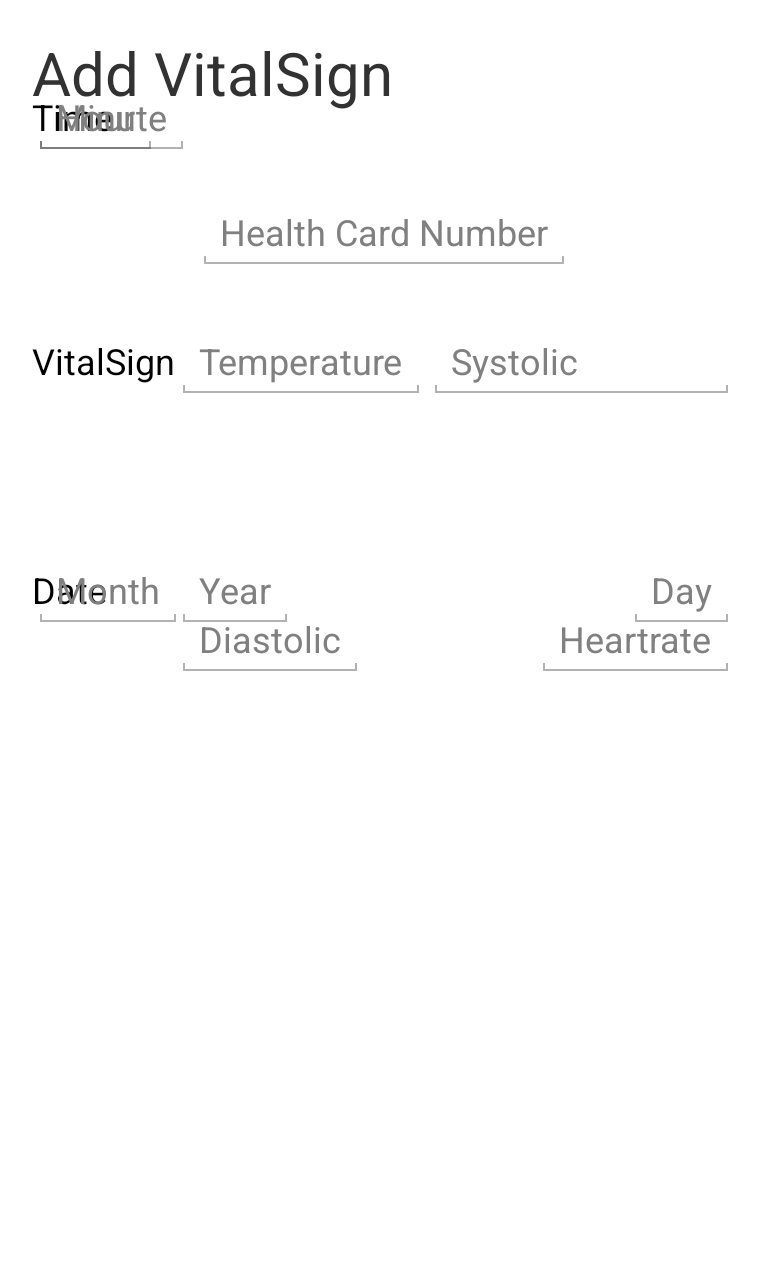
Repository: wangyuan0915/ER
Layout: workspace2/phase3/res/layout/activity_add_vital_sign.xml
These files come from the project's save history. The layout is drawn as it stood at one moment and after the next save; the edit follows.
It is drawn on a 768 x 1280 px phone screen (xhdpi) without system bars, with theme AppTheme; the app's code is not run.

Above is the layout before, as saved 2013-11-24 06:39:49.

After the next save:
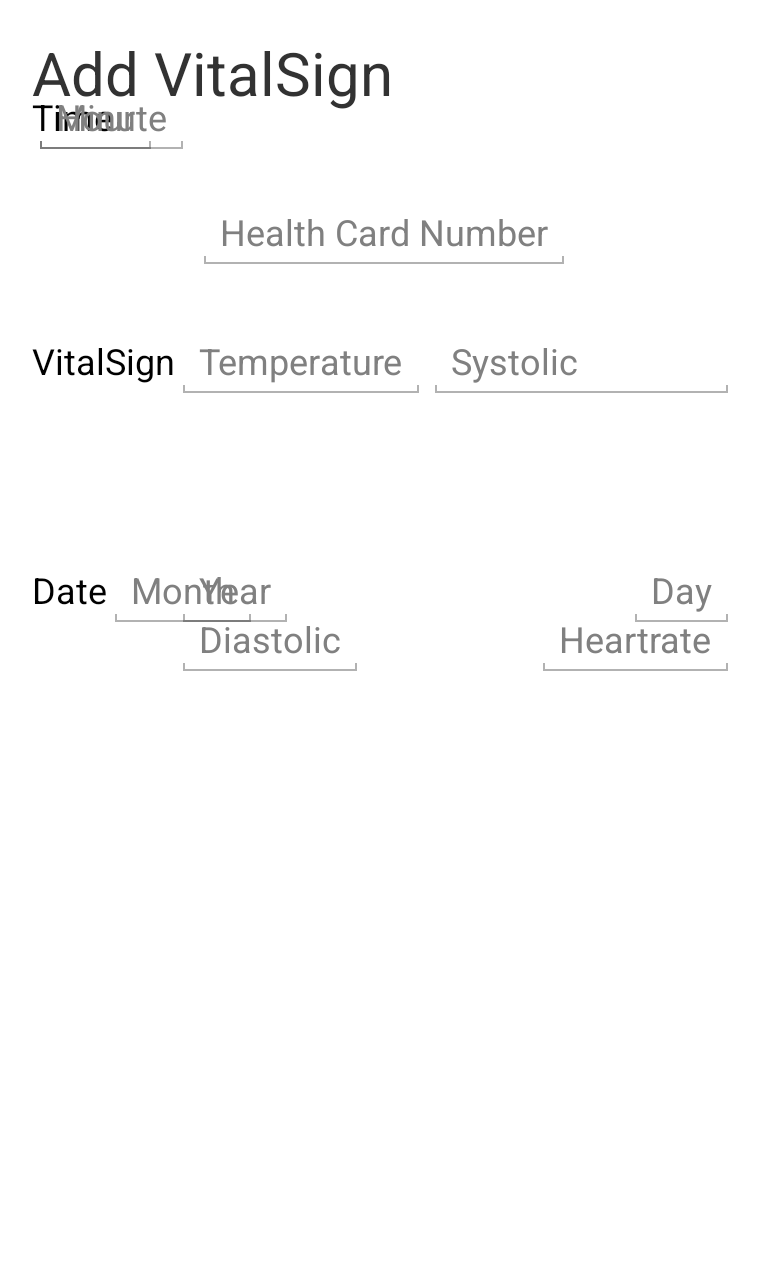
Saved 93 s later.
--- a/workspace2/phase3/res/layout/activity_add_vital_sign.xml
+++ b/workspace2/phase3/res/layout/activity_add_vital_sign.xml
@@ -110,7 +110,7 @@
         android:layout_height="wrap_content"
         android:layout_alignBaseline="@+id/currentdate"
         android:layout_alignBottom="@+id/currentdate"
-        android:layout_marginRight="50dp"
+        android:layout_toRightOf="@+id/currentdate"
         android:inputType="number"
         android:hint="@string/Month"
         android:textAppearance="?android:attr/textAppearanceMedium" />
